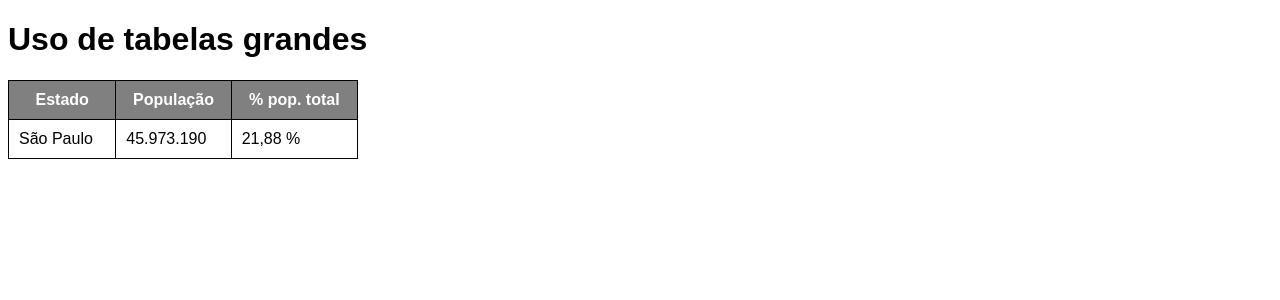
Repository: railsondev/html-css
Page: Módulo3/Exercicios/Ex02 - Tabelas/tabela002.html
These files come from the project's save history. The page is drawn as it stood at one moment and after a run of saves; the edit follows.
The browser window is 1280 px wide. The pictures show the whole page.

Above is the page before, as saved 2024-10-18 18:08:16.

After the next 2 saves:
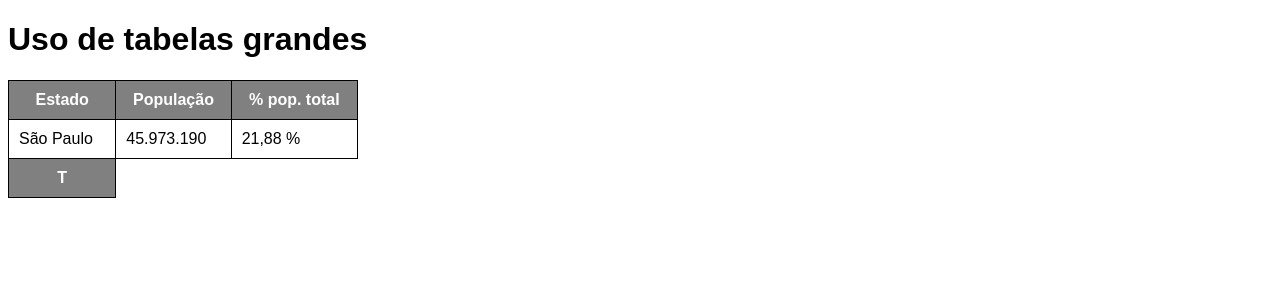
The 2 saves are shown as one change because they came seconds apart.
The last was saved 13 s later.
--- a/Módulo3/Exercicios/Ex02 - Tabelas/tabela002.html
+++ b/Módulo3/Exercicios/Ex02 - Tabelas/tabela002.html
@@ -22,7 +22,9 @@
       <td class="porc">21,88</td>
     </tbody>
     <tfoot>
-      <tr></tr>
+      <tr>
+        <th>T</th>
+      </tr>
     </tfoot>
   </table>
 </body>
